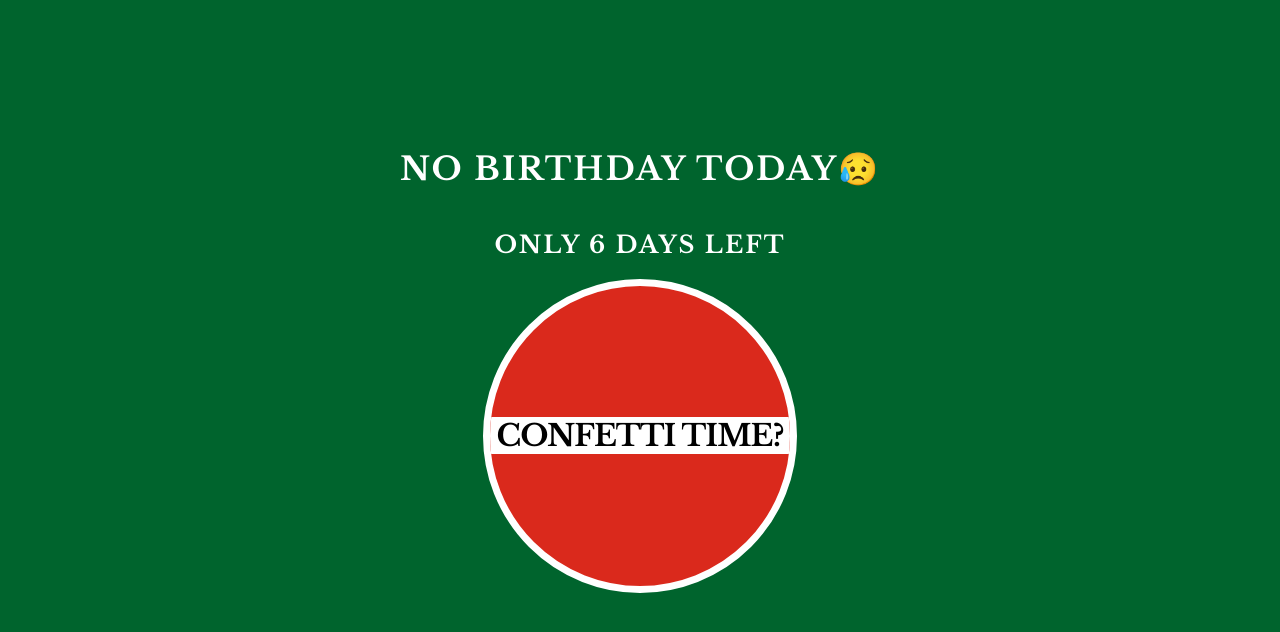
Repository: David-Waite/HannahsBirthdayWebsite
Page: /
An editor plug-in stored every save of this project. The page is shown before and after the next save, followed by the edit.
The browser window is 1280 px wide. The pictures show the whole page.
The project was rebuilt for these pictures with package versions that can differ from the ones it lists, and the page was loaded fresh each time.

Above is the page before, as saved 2023-03-30 18:41:39.

### public/index.html
<!DOCTYPE html>
<html lang="en">
  <head>
    <meta charset="utf-8" />
    <link rel="icon" href="%PUBLIC_URL%/favicon.ico" />
    <meta name="viewport" content="width=device-width, initial-scale=1" />
    <meta name="theme-color" content="#000000" />
    <meta
      name="description"
      content="Web site created using create-react-app"
    />
    <link rel="apple-touch-icon" href="%PUBLIC_URL%/logo192.png" />
    <!--
      manifest.json provides metadata used when your web app is installed on a
      user's mobile device or desktop. See https://developers.google.com/web/fundamentals/web-app-manifest/
    -->
    <link rel="manifest" href="%PUBLIC_URL%/manifest.json" />
    <!--
      Notice the use of %PUBLIC_URL% in the tags above.
      It will be replaced with the URL of the `public` folder during the build.
      Only files inside the `public` folder can be referenced from the HTML.

      Unlike "/favicon.ico" or "favicon.ico", "%PUBLIC_URL%/favicon.ico" will
      work correctly both with client-side routing and a non-root public URL.
      Learn how to configure a non-root public URL by running `npm run build`.
    -->
    <link rel="preconnect" href="https://fonts.googleapis.com" />
    <link rel="preconnect" href="https://fonts.gstatic.com" crossorigin />
    <link
      href="https://fonts.googleapis.com/css2?family=Libre+Baskerville:wght@700&display=swap"
      rel="stylesheet"
    />
    <title>Hannah's Birthday?</title>
  </head>
  <body>
    <noscript>You need to enable JavaScript to run this app.</noscript>
    <div id="root"></div>
    <!--
      This HTML file is a template.
      If you open it directly in the browser, you will see an empty page.

      You can add webfonts, meta tags, or analytics to this file.
      The build step will place the bundled scripts into the <body> tag.

      To begin the development, run `npm start` or `yarn start`.
      To create a production bundle, use `npm run build` or `yarn build`.
    -->
  </body>
</html>

### src/index.css
body {
  margin: 0;
  font-family: "Libre Baskerville", serif;
  -webkit-font-smoothing: antialiased;
  -moz-osx-font-smoothing: grayscale;
  letter-spacing: 2px;
}

.App {
  width: 100vw;
  height: 100vh;
  display: flex;
  flex-direction: column;
  align-items: center;
  justify-content: center;
  background-color: #00642d;
  color: white;
}

.buttonCon {
  display: flex;
  align-items: center;
  justify-content: center;
  height: 300px;
  width: 300px;
  overflow: hidden;
  background-color: #da291c;
  border-radius: 50%;
  border: 7px solid white;
  cursor: pointer;
}
.buttonCon p {
  border: none;
  width: 100%;
  background-color: white;
  color: black;
  font-weight: bold;
  font-size: 30px;
  padding: 0;
  letter-spacing: -1px;
}

.buttonCon:hover {
  background-color: #a31f15;
}

### src/App.js
import "./App.css";

import Confetti from "react-confetti";

import { useState } from "react";

function App() {
  const [confetti, setConfetti] = useState(null);
  const [buttonText, setButtonText] = useState("CONFETTI TIME?");
  function isBirthdayToday() {
    const date = new Date();
    if (date.getMonth() === 3 && date.getDate() === 5) {
      return true;
    }
    return false;
  }

  function rainConfetti() {
    if (isBirthdayToday()) {
      setConfetti(true);
      setButtonText("CONFETTI TIME!");
    } else {
      setButtonText("NO");
    }
  }

  function getDaysUntilBirthday() {
    const date = new Date();
    const hannahBday = new Date(date.getFullYear(), 3, 5);
    const hannahBdayNextYear = new Date(date.getFullYear() + 1, 3, 5);
    const oneDay = 1000 * 60 * 60 * 24;

    let daysUntilBirthday;
    if (hannahBday < date) {
      daysUntilBirthday =
        Math.ceil(hannahBdayNextYear.getTime() - date.getTime()) / oneDay;
    } else {
      daysUntilBirthday =
        Math.ceil(hannahBday.getTime() - date.getTime()) / oneDay;
    }

    return daysUntilBirthday;
  }

  // 5th april
  let birthdayText;
  if (isBirthdayToday()) {
    birthdayText = <h1>HAPPY BIRTHDAY!🥳</h1>;
  } else {
    birthdayText = (
      <>
        <h1>NO BIRTHDAY TODAY😥</h1>
        <h2>ONLY {Math.ceil(getDaysUntilBirthday())} DAYS LEFT</h2>
      </>
    );
  }
  console.log(isBirthdayToday());
  const date = new Date();

  return (
    <div className="App">
      {confetti && <Confetti />}

      {birthdayText}
      <div className="buttonCon">
        <p onClick={rainConfetti}>{buttonText}</p>
      </div>
    </div>
  );
}

export default App;

Loaded but not shown: src/index.js (common file); src/reportWebVitals.js (common file); src/App.css (common file)

After the next save:
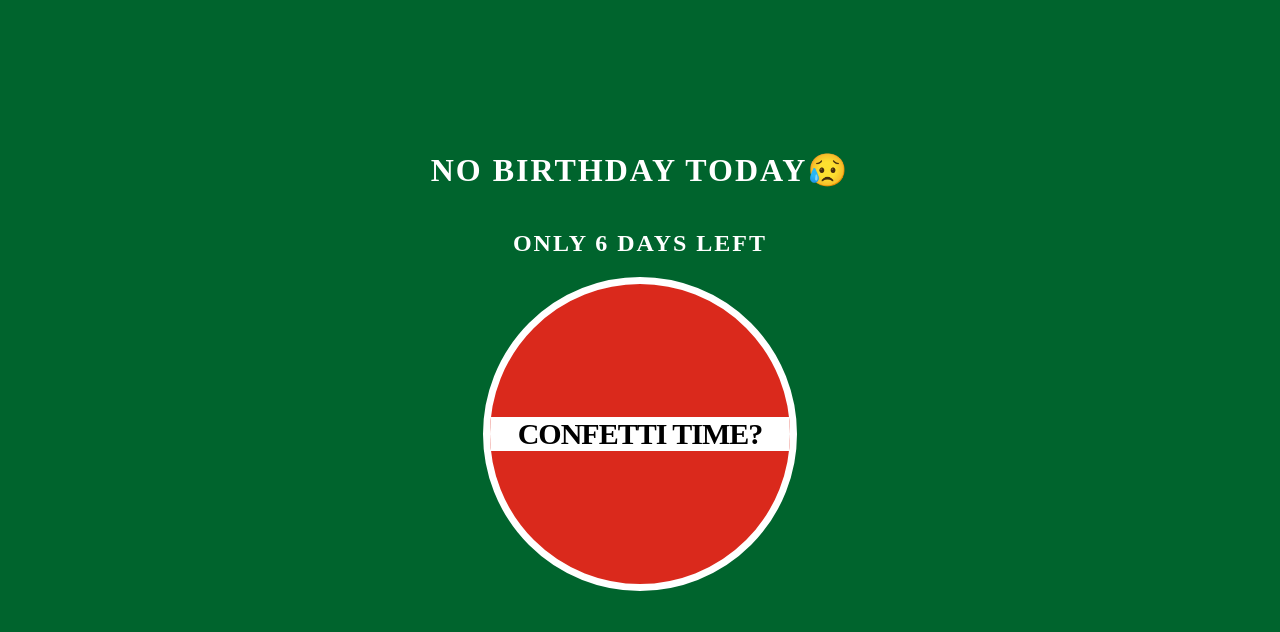
Saved 49 s later.
--- a/public/index.html
+++ b/public/index.html
@@ -27,7 +27,7 @@
     <link rel="preconnect" href="https://fonts.googleapis.com" />
     <link rel="preconnect" href="https://fonts.gstatic.com" crossorigin />
     <link
-      href="https://fonts.googleapis.com/css2?family=Libre+Baskerville:wght@700&display=swap"
+      href="https://fonts.googleapis.com/css2?family=Roboto&display=swap"
       rel="stylesheet"
     />
     <title>Hannah's Birthday?</title>
